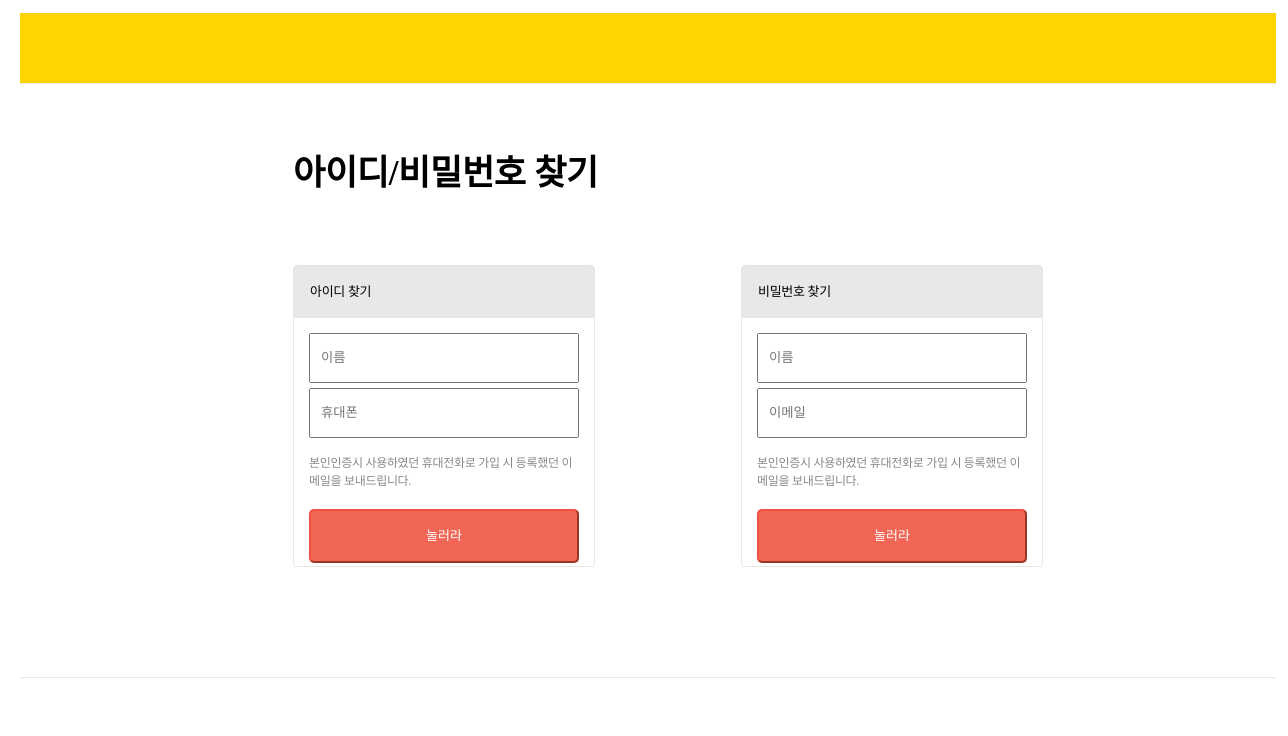
Repository: agheha/trillion
Page: YH/study_project/html/find.html
These files come from the project's save history. The page is drawn as it stood at one moment and after the next save; the edit follows.
The browser window is 1280 px wide. The page is 1288 px wide, then 1280 px, so the pictures cover 1288 px, including what lies to the right of the window. The pictures show the whole page.

Above is the page before, as saved 2019-09-05 17:51:48.

After the next save:
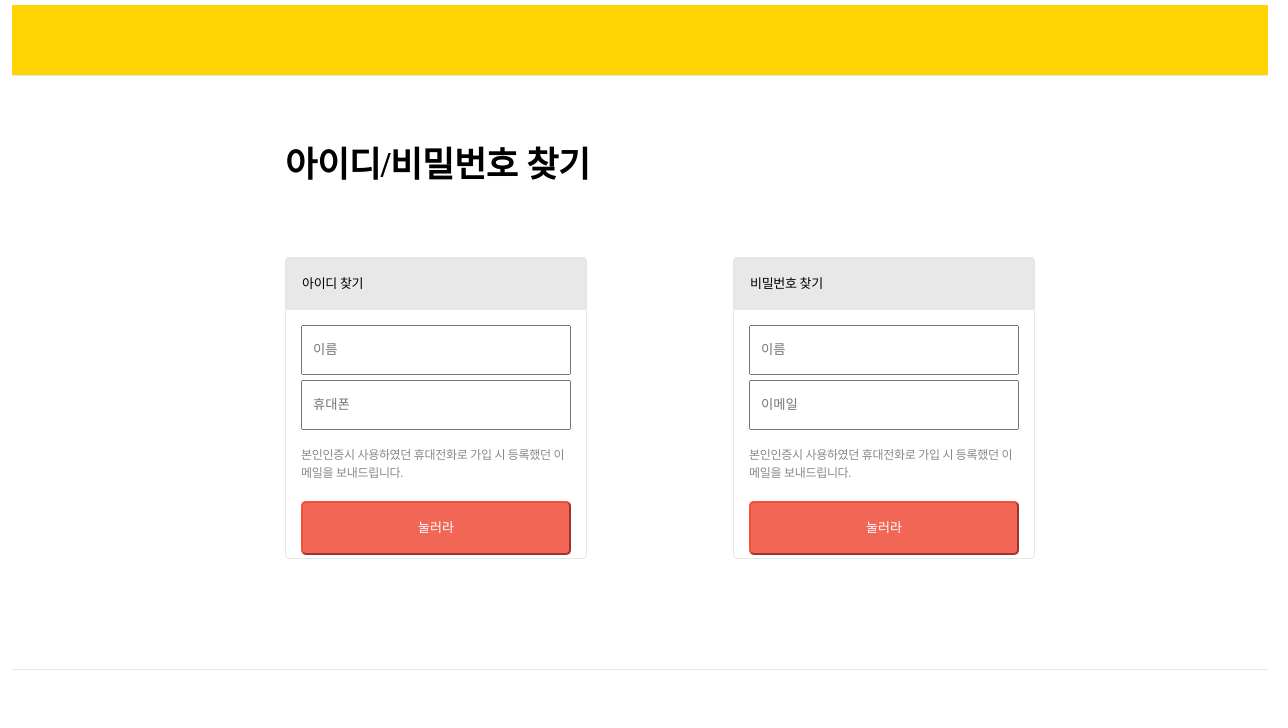
Saved 31 s later.
--- a/YH/study_project/css/find.css
+++ b/YH/study_project/css/find.css
@@ -1,6 +1,5 @@
 html, body {
-    width: 100%;
-    height: 100%;
+    margin : 0;
 }
 fieldset {
     border : none;
